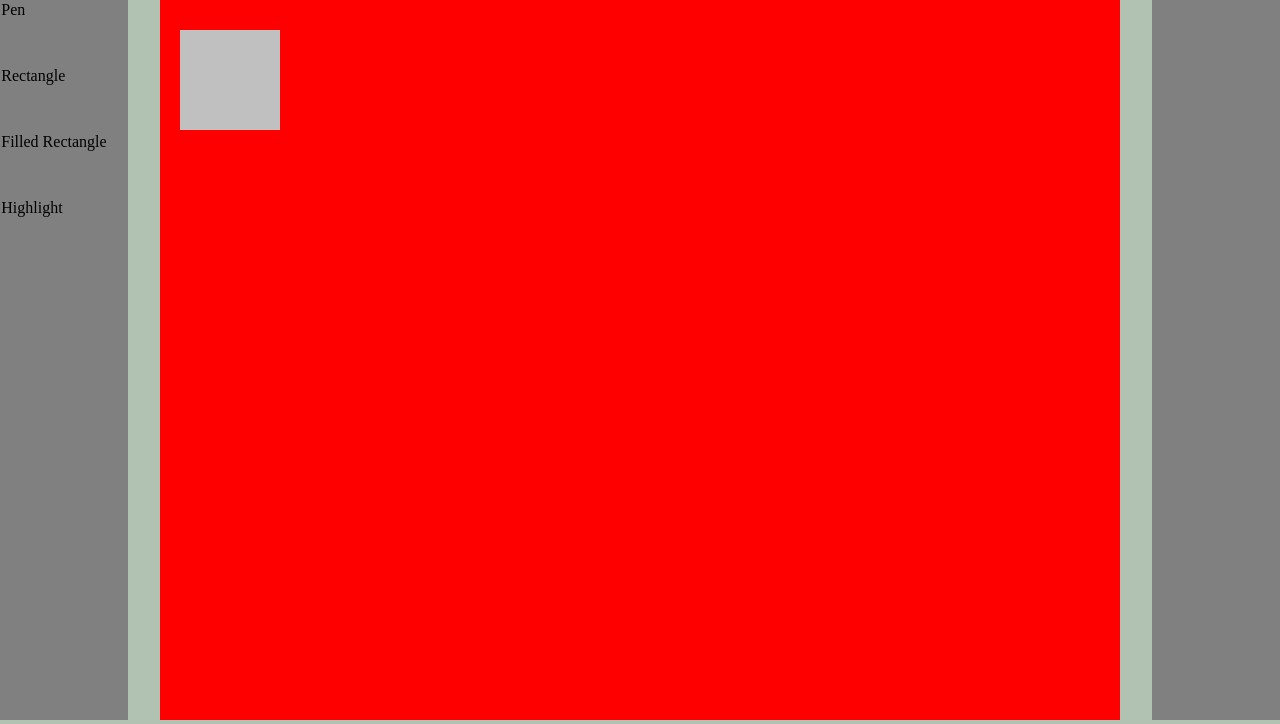
Repository: OrionDevelopers/projectwall
Page: http://localhost/slidePresenter.php
An editor plug-in stored every save of this project. The page is shown before and after the next save, followed by the edit.
The browser window is 1280 px wide. The pictures show the whole page.
The page is run by PHP 8.4 with error messages shown; the project is at /var/www/html/.

Above is the page before, as saved 2013-04-20 21:34:51.

### slidePresenterPrototype2/presenterPrototype2/slidePresenter.php
<!DOCTYPE html>
<html>
	<head>
		<title>Slide Presenter </title>
		<link href="css/slidePresenter.css" rel="stylesheet"/>
		<script src="js/kinetic-v4.4.1.js" type="text/javascript"></script>
		<script src="js/slidePresenter.js" type="text/javascript"></script>
	</head>
	<body onload="init();">
		<div id='leftToolBar'>
			<div id='penToolButton' class='myButton'>Pen</div>
			<div id='rectTooButton' class='myButton'>Rectangle</div>
			<div id='filledRectToolButton' class='myButton'>Filled Rectangle</div>
			<div id='highlighToolButton' class='myButton'>Highlight</div>
		</div>
		<div id='rightToolBar'></div>
		<div id='container'></div>
	</body>
</html>

### slidePresenterPrototype2/presenterPrototype2/css/slidePresenter.css
*{
	padding:0px;
	margin:0px;
}
body,html{
	height:100%;
	width:100%;
	background-color: #B1C2B3;
}
#leftToolBar{
	float:left;
	height:100%;
	width:10%;
	background-color: gray;

}
#rightToolBar{
	float:right;
	height:100%;
	width:10%;
	background-color: gray;
}
#container{
	height:100%;
	width:75%;
	margin-left:auto;
	margin-right:auto;
	background-color:silver;
	/*overflow: scroll;*/
}
.myButton{
	height:9%;
	width:99%;
	margin:1%;

	/*text-align: center;
	border:1px solid black;
	background-color: #C0C0C0;*/
}
.submenu{
	height:40%;
	width:100%;
	margin-bottom: 8%;
	background-color: #A68A6E;
}
.submenuButton{
	height: 25%;
	width: 100%;
	/*text-align: center;*/
}

### slidePresenterPrototype2/presenterPrototype2/js/slidePresenter.js
var containerReference,containerHeight,containerWidth,stage,slideLayer,drawingLayer;
var isPenToolSelected = false, isRectToolSelected = false,isfilledRectToolSelected = false, isHighlightToolSelected = false;


function init(){   //initialisation
	containerReference = document.getElementById("container");
	containerHeight = containerReference.offsetHeight;
	containerWidth = containerReference.offsetWidth;
	stage = new Kinetic.Stage({
		container: 'container',
		height: containerHeight,
		width: containerWidth
	});
	slideLayer = new Kinetic.Layer();
	drawingLayer = new Kinetic.Layer();
	drawingLayer.on('click',drawingLayerClicked);
	stage.add(slideLayer);
	stage.add(drawingLayer);
	setBackgroundSlide();
	setDrawingSheet('transparent');
}
function setBackgroundSlide(){
	var imgObj = new Image();
	imgObj.src = 'sampleSlide.PNG';
	var slideImg = new Kinetic.Image({
		x:0,
		y:0,
		height:containerHeight,
		width:containerWidth,
		image:imgObj
	});
	slideLayer.add(slideImg);
	slideLayer.draw();
	//var ctx = stage.getContext('2d');
	//slideLayer.draw();
}
function setDrawingSheet(fillStyle){
	var sheet = new Kinetic.Rect({
		x:0,
		y:0,
		height:containerHeight,
		width:containerWidth,
		fill:'red'
		//fill:'transparent'
	});
	ctx = drawingLayer.getContext();
	drawingLayer.add(sheet);
	drawingLayer.draw();
	ctx.clearRect(20,30,100,100);
	//drawingLayer.draw();

}
function drawingLayerClicked(){
	window.alert("hello there");
}

Loaded but not shown: slidePresenterPrototype2/presenterPrototype2/js/kinetic-v4.4.1.js (library)

After the next save:
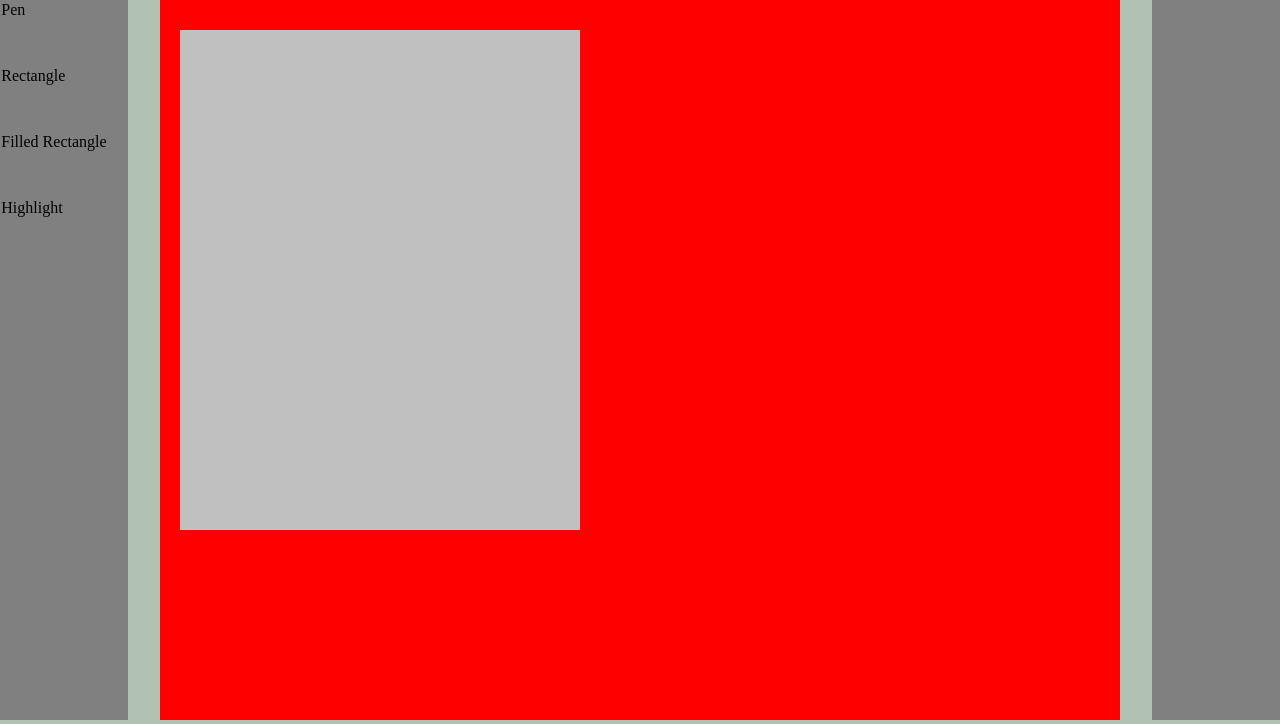
Saved 27 s later.
--- a/slidePresenterPrototype2/presenterPrototype2/js/slidePresenter.js
+++ b/slidePresenterPrototype2/presenterPrototype2/js/slidePresenter.js
@@ -46,7 +46,7 @@ function setDrawingSheet(fillStyle){
 	ctx = drawingLayer.getContext();
 	drawingLayer.add(sheet);
 	drawingLayer.draw();
-	ctx.clearRect(20,30,100,100);
+	ctx.clearRect(20,30,400,500);
 	//drawingLayer.draw();
 
 }
